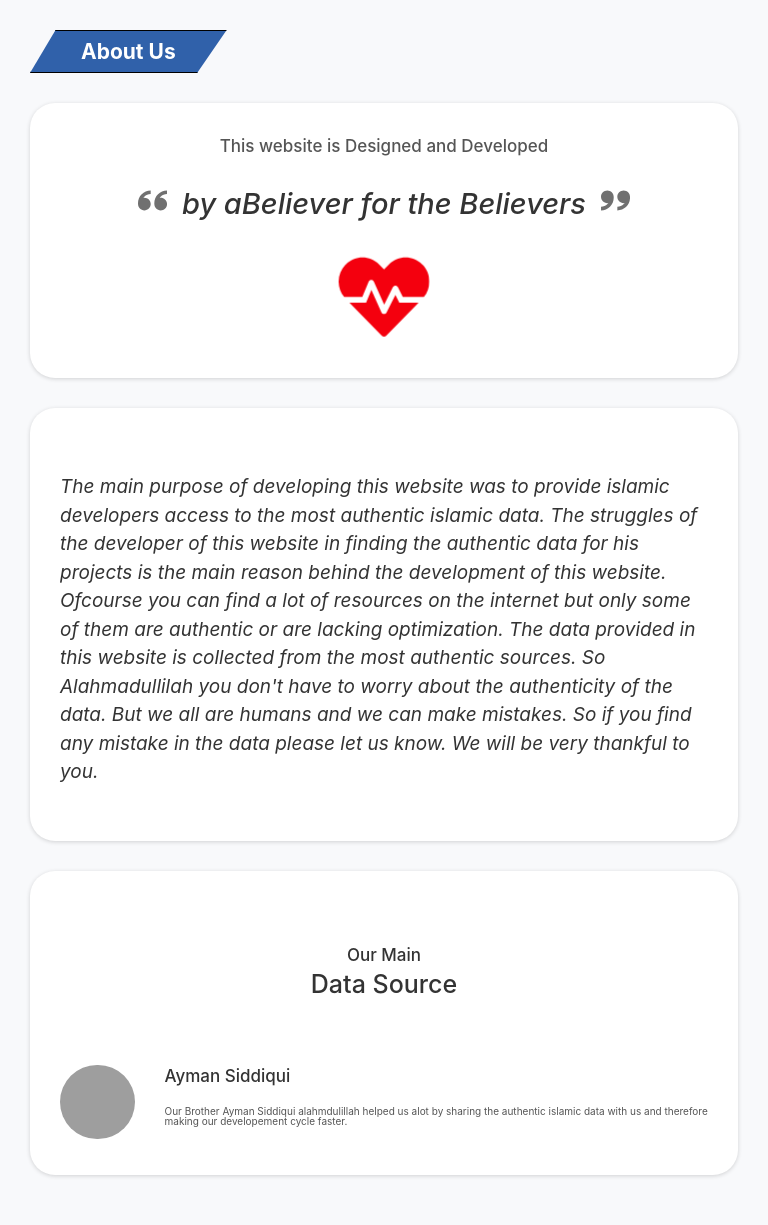
Repository: SpicierEwe/islamic-dev-repo
Page: /legal/about_us
These files come from the project's save history. The page is drawn as it stood at one moment and after the next save; the edit follows.
The browser window is 768 px wide. The pictures show the whole page.
Pictures or frames that could not be fetched are drawn as grey boxes. The project was rebuilt for these pictures with package versions that can differ from the ones it lists, and the page was loaded fresh each time. The framework's server and built-in components were replaced by stand-ins that run in the browser. Also part of the build but not shown: next.config.js.

Above is the page before, as saved 2022-09-16 20:18:42.

### pages/_app.js
import "../styles/globals.css";
import { DataContextProvider } from "../store/data_context";

function MyApp({ Component, pageProps }) {
  return (
    <DataContextProvider>
      <Component {...pageProps} />
    </DataContextProvider>
  );
}

export default MyApp;

### pages/legal/about_us.js
import AboutUs from "../../components/legal/about_us/about_us";

export default function Legal() {
  return (
    <div>
      <AboutUs></AboutUs>
    </div>
  );
}

### styles/globals.css
html,
body,
div,
span,
applet,
object,
iframe,
h1,
h2,
h3,
h4,
h5,
h6,
p,
blockquote,
pre,
a,
abbr,
acronym,
address,
big,
cite,
code,
del,
dfn,
em,
img,
ins,
kbd,
q,
s,
samp,
small,
strike,
strong,
sub,
sup,
tt,
var,
b,
u,
i,
center,
dl,
dt,
dd,
ol,
ul,
li,
fieldset,
form,
label,
legend,
table,
caption,
tbody,
tfoot,
thead,
tr,
th,
td,
article,
aside,
canvas,
details,
embed,
figure,
figcaption,
footer,
header,
hgroup,
menu,
nav,
output,
ruby,
section,
summary,
time,
mark,
audio,
video {
  margin: 0;
  padding: 0;
  border: 0;
  vertical-align: baseline;
}
/* HTML5 display-role reset for older browsers */
article,
aside,
details,
figcaption,
figure,
footer,
header,
hgroup,
menu,
nav,
section {
  display: block;
}
body {
  line-height: 1;
}
ol,
ul {
  list-style: none;
}
blockquote,
q {
  quotes: none;
}
blockquote:before,
blockquote:after,
q:before,
q:after {
  content: "";
  content: none;
}
table {
  border-collapse: collapse;
  border-spacing: 0;
}

/*

 ////////////////////////////////////////////////////////////////////////////from here are the styles
 //////////////////////////////////////////////////////////////////////////

*/

:root {
  --complementary-blue: #0077b6;
  --heading_black: #080808;
}

html {
  font-size: 62.5%;
}

html,
body {
  padding: 0;
  margin: 0;
  /* font-family: "Roboto", "Open Sans", sans-serif, -apple-system,
    BlinkMacSystemFont, Segoe UI, Roboto, Oxygen, Ubuntu, Cantarell, Fira Sans,
    Droid Sans, Helvetica Neue, sans-serif; */

  font-family: -apple-system, BlinkMacSystemFont, Segoe UI, Roboto, Oxygen,
    Ubuntu, Cantarell, Fira Sans, Droid Sans, Helvetica Neue, sans-serif;
  font-weight: 400;
  line-height: 1;
  color: #555;
  box-sizing: border-box;

  background-color: #f8f9fb;

  /* will make the website unselectable/copyable */
  /* -webkit-touch-callout: none;
  -webkit-user-select: none;
  -khtml-user-select: none;
  -moz-user-select: none;
  -ms-user-select: none;
  user-select: none; */
}

a {
  color: inherit;
  text-decoration: none;
}

* {
  box-sizing: border-box;
}

### store/data_context.js
import { createContext, useState } from "react";

const DataContext = createContext({
  db: [],
  downlodable_data: [],
  globaliseDataFunction: (data) => {},
  globaliseDownloadableData: (data) => {},
});

export function DataContextProvider(props) {
  const [db, setDb] = useState([]);
  const [downlodableData, setdownlodableData] = useState([]);

  // globalize db
  function globaliseData(data) {
    /// will update the data
    setDb(data);
  }

  // globalize db
  function globaliseDownloadableData(data) {
    /// will update the data
    setdownlodableData(data);
  }

  const context = {
    db: db,
    downlodable_data: downlodableData,
    globaliseDataFunction: globaliseData,
    globaliseDownloadableData: globaliseDownloadableData,
  };

  return (
    <DataContext.Provider value={context}>
      {props.children}
    </DataContext.Provider>
  );
}

export default DataContext;

### components/legal/about_us/about_us.js
import styles from "./about_us.module.css";
import Image from "next/image";
import { ImQuotesLeft, ImQuotesRight } from "react-icons/im";
import { FaHeartbeat } from "react-icons/fa";

export default function AboutUs(props) {
  return (
    <div className={styles.bg}>
      <h1 className={styles.page_title}>About Us</h1>
      <div className={styles.container_development}>
        <div>
          <p className={styles.intro}>This website is Designed and Developed</p>
          <blockquote>
            <h3 className={styles.quote}>
              <ImQuotesLeft color="#707070" style={{ marginRight: "1.5rem" }} />
              by aBeliever for the Believers
              <ImQuotesRight color="#707070" style={{ marginLeft: "1.5rem" }} />
            </h3>
          </blockquote>
        </div>
        <div className={styles.heart_icon}>
          <FaHeartbeat size="9rem" color="f4000e" />
        </div>
      </div>
      <div className={styles.container_development}>
        <p className={styles.summary}>
          The main purpose of developing this website was to provide islamic
          developers access to the most authentic islamic data. The struggles of
          the developer of this website in finding the authentic data for his
          projects is the main reason behind the development of this website.
          Ofcourse you can find a lot of resources on the internet but only some
          of them are authentic or are lacking optimization. The data provided
          in this website is collected from the most authentic sources. So
          Alahmadullilah you don&apos;t have to worry about the authenticity of
          the data. But we all are humans and we can make mistakes. So if you
          find any mistake in the data please let us know. We will be very
          thankful to you.
        </p>
      </div>

      <div
        className={`${styles.container_development} ${styles.container_data_source}`}
      >
        <p className={styles.source_title}>
          <span className={styles.head_half}> Our Main</span>
          <br></br> Data Source
        </p>
        {/* data resource description */}
        <div className={styles.resourcer_container}>
          <div>
            <Image
              className={styles.resourcer_image}
              src={
                "https://thumbs.dreamstime.com/b/sheikh-icon-flat-style-isolated-white-background-arab-emirates-symbol-stock-vector-illustration-91220453.jpg"
              }
              height="100%"
              width="100%"
              // layout="fill"
              alt="Sheikh"
            ></Image>
          </div>
          <div>
            <p className={styles.name}>Ayman Siddiqui</p>
            <p>
              Our Brother Ayman Siddiqui alahmdulillah helped us alot by sharing
              the authentic islamic data with us and therefore making our
              developement cycle faster.
            </p>
          </div>
        </div>
      </div>
    </div>
  );
}

### components/legal/about_us/about_us.module.css
.bg {
  /* background-color: red; */
  max-width: 120rem;
  padding: 0 3rem;
  margin: 0 auto;
  padding-bottom: 5rem;
}

.page_title {
  margin-top: 3rem;
  display: inline-block;
  clip-path: polygon(13% 0, 100% 0%, 85% 100%, 0% 100%);
  background-color: #3061aa;
  color: white;
  border: 1px solid black;
  padding: 1rem 5rem;
  font-size: 2.1rem;
}

.container_development {
  justify-content: center;
  align-items: center;
  display: flex;
  border-radius: 2.5rem;
  margin-top: 3rem;
  background-color: white;
  padding: 3.5rem 3rem;
  box-shadow: rgba(0, 0, 0, 0.16) 0px 1px 4px;
  justify-content: space-evenly;
}

.intro {
  text-align: center;
  font-weight: 500;
  color: #555;
  font-size: 1.7rem;
}

.quote {
  margin-top: 3rem;
  color: #333;
  font-weight: 500;
  font-size: 2.9rem;
  font-style: italic;
  padding-bottom: 1.9rem;
  text-align: center;
}

/* heart icon */
.heart_icon {
  animation: heartBeat 1.5s infinite;
}

/* heart icon animation */
@keyframes heartBeat {
  0% {
    transform: scale(1);
  }
  20% {
    transform: scale(1.1);
  }
  40% {
    transform: scale(1);
  }
  60% {
    transform: scale(1.1);
  }
  80% {
    transform: scale(1);
  }
  100% {
    transform: scale(1);
  }
}

.summary {
  margin-top: 3rem;
  max-width: 75rem;

  line-height: 1.5;
  color: #333;
  font-size: 1.9rem;
  font-style: italic;
  padding-bottom: 1.9rem;
}

.source_title {
  margin-top: 3rem;
  color: #333;
  font-weight: 500;
  font-size: 2.5rem;
  line-height: 1.3;
  /* font-style: italic; */
  padding-bottom: 1.9rem;
  text-align: center;
}

.head_half {
  font-size: 1.7rem;
}

.container_data_source {
  flex-direction: column;
}

/* resourcer classes */

.resourcer_container {
  display: flex;
  justify-content: center;
  margin-top: 3rem;
  column-gap: 3rem;
}

.resourcer_image {
  width: 100%;
  height: 100%;
  object-fit: cover;
  border-radius: 50%;
}

.name {
  font-weight: 500;
  font-size: 1.7rem;
  line-height: 1.3;
  color: #333;
  padding-bottom: 1.9rem;
}

/* media query */
@media (max-width: 768px) {
  .container_development {
    flex-direction: column;
    row-gap: 1.5rem;
  }
}

After the next save:
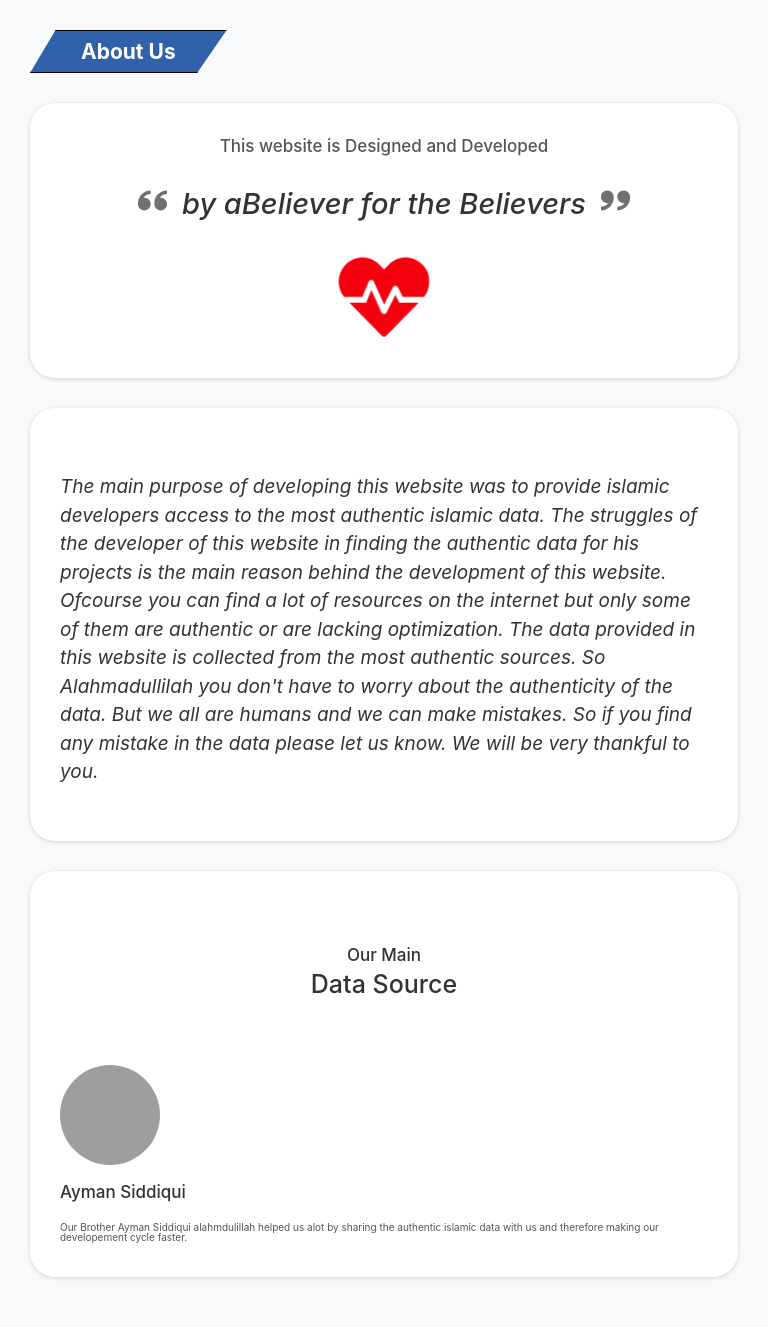
Saved 42 s later.
--- a/components/legal/about_us/about_us.module.css
+++ b/components/legal/about_us/about_us.module.css
@@ -133,4 +133,8 @@
     flex-direction: column;
     row-gap: 1.5rem;
   }
+  .resourcer_container {
+    flex-direction: column;
+    row-gap: 1.5rem;
+  }
 }
